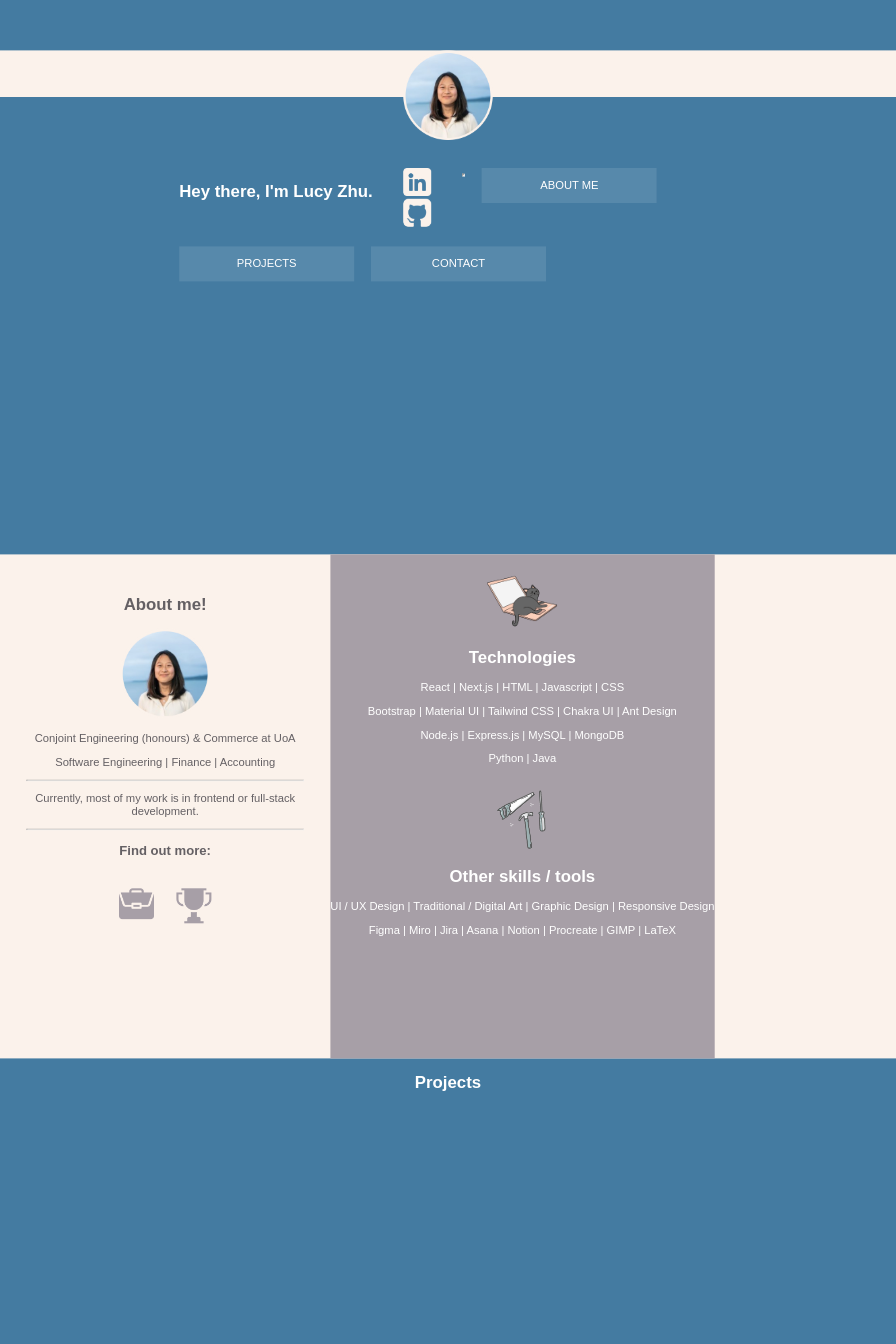
Repository: lukisoo/lukisoo-portfolio
Page: /
The author's editor kept a copy of each file at every save. The page is drawn from the files as they stood at one save, then again after the next save.
The browser window is 1280 px wide. The pictures show the part of the page from y = 0 to 1920 px (the page is 2992 px tall), at 70% of full size.
The project was rebuilt for these pictures with package versions that can differ from the ones it lists, and the page was loaded fresh each time.

Above is the page before, as saved 2022-07-31 08:17:04.

### public/index.html
<!DOCTYPE html>
<html lang="en">
  <head>
    <meta charset="utf-8" />
    <link rel="icon" href="%PUBLIC_URL%/favicon.ico" />
    <meta name="viewport" content="width=device-width, initial-scale=1" />
    <meta name="theme-color" content="#000000" />
    <meta
      name="description"
      content="Web site created using create-react-app"
    />
    <link rel="apple-touch-icon" href="%PUBLIC_URL%/logo192.png" />
    <!--
      manifest.json provides metadata used when your web app is installed on a
      user's mobile device or desktop. See https://developers.google.com/web/fundamentals/web-app-manifest/
    -->
    <link rel="manifest" href="%PUBLIC_URL%/manifest.json" />
    <!--
      Notice the use of %PUBLIC_URL% in the tags above.
      It will be replaced with the URL of the `public` folder during the build.
      Only files inside the `public` folder can be referenced from the HTML.

      Unlike "/favicon.ico" or "favicon.ico", "%PUBLIC_URL%/favicon.ico" will
      work correctly both with client-side routing and a non-root public URL.
      Learn how to configure a non-root public URL by running `npm run build`.
    -->
    <title>Lucy Zhu's Portfolio</title>
  </head>
  <body>
    <noscript>You need to enable JavaScript to run this app.</noscript>
    <div id="root"></div>
    <!--
      This HTML file is a template.
      If you open it directly in the browser, you will see an empty page.

      You can add webfonts, meta tags, or analytics to this file.
      The build step will place the bundled scripts into the <body> tag.

      To begin the development, run `npm start` or `yarn start`.
      To create a production bundle, use `npm run build` or `yarn build`.
    -->
  </body>
</html>

### src/index.js
import React from "react";
import {
  BrowserRouter as Router,
  Route,
  BrowserRouter,
} from "react-router-dom";
import ReactDOM from "react-dom/client";
import "./index.css";
import App from "./App";
import reportWebVitals from "./reportWebVitals";

const root = ReactDOM.createRoot(document.getElementById("root"));
root.render(
  <React.StrictMode>
    <BrowserRouter>
        <App />
    </BrowserRouter>
  </React.StrictMode>
);

// If you want to start measuring performance in your app, pass a function
// to log results (for example: reportWebVitals(console.log))
// or send to an analytics endpoint. Learn more: https://bit.ly/CRA-vitals
reportWebVitals();

### src/index.css
@import url('https://fonts.googleapis.com/css2?family=Source+Sans+Pro:ital,wght@0,200;0,300;0,400;0,600;0,700;0,900;1,200;1,300;1,400;1,600;1,700;1,900&display=swap');

body {
  margin: 0;
  /* font-family: -apple-system, BlinkMacSystemFont, 'Segoe UI', 'Roboto', 'Oxygen',
    'Ubuntu', 'Cantarell', 'Fira Sans', 'Droid Sans', 'Helvetica Neue',
    sans-serif; */
    font-family: arial;
  -webkit-font-smoothing: antialiased;
  -moz-osx-font-smoothing: grayscale;
  background-color: #447BA1;
  color: white;
  /* font-family: 'Source Sans Pro', sans-serif; */
  overflow-x: hidden;
}

code {
  font-family: source-code-pro, Menlo, Monaco, Consolas, 'Courier New',
    monospace;
}

a {
  text-decoration: none;
}

### src/App.js
import "./App.css";

import { Link } from "react-router-dom";
import { Tooltip, Grid } from "@mui/material";

import ProfilePhoto from "./images/header/profile-photo.png";
import LinkedinLogo from "./images/header/linkedin-logo.png";
import GithubLogo from "./images/header/github-logo.png";
import ExperienceLogo from "./images/about-me/experience.png";
import AchievementsLogo from "./images/about-me/achievements.png";

import Laptop from "./images/about-me/laptop.gif";
import Tools from "./images/about-me/tools.gif";

function App() {
  return (
    <div className="App">
      <header className="full-section">
      <div className="header-image">
            <img
              src={ProfilePhoto}
              className="profile-photo"
              alt="Profile Photo"
            />
          </div>
        <div className="header-content">
          <Grid container spacing={3}>
            <Grid item xs={12} md={12}>
              <h2>Hey there, I'm Lucy Zhu.</h2>
            </Grid>
            <Grid item xs={12} md={12}>
              <Tooltip title="LinkedIn">
                <a href="https://www.linkedin.com/in/lucyzhu613/">
                  <img
                    src={LinkedinLogo}
                    className="social-logo"
                    alt="Linkedin Logo"
                  />
                </a>
              </Tooltip>
              <Tooltip title="Github">
                <a href="https://github.com/lukisoo">
                  <img
                    src={GithubLogo}
                    className="social-logo"
                    alt="Github Logo"
                  />
                </a>
              </Tooltip>
            </Grid>
            <Grid item xs={12} md={12}>
              <hr className="header-divider" />
            </Grid>
            <Grid item xs={12} md={4}>
              <a href="#about-me-section">
                <div className="box-1">
                  <div className="btn btn-one">
                    <span>ABOUT ME</span>
                  </div>
                </div>
              </a>
            </Grid>
            <Grid item xs={12} md={4}>
              <a href="#projects-section">
                <div className="box-1">
                  <div className="btn btn-one">
                    <span>PROJECTS</span>
                  </div>
                </div>
              </a>
            </Grid>
            <Grid item xs={12} md={4}>
              <a href="#contact-section">
                <div className="box-1">
                  <div className="btn btn-one">
                    <span>CONTACT</span>
                  </div>
                </div>
              </a>
            </Grid>
          </Grid>
        </div>
      </header>

      <section id="about-me-section" className="full-section">
        <div className="about-me-content">
          <Grid container spacing={0}>
            <Grid item xs={12} md={4}>
              <div className="about-me-left">
                <div className="details-content">
                  <h1>About me!</h1>
                  <img
                    src={ProfilePhoto}
                    className="profile-photo"
                    alt="Profile Photo"
                  />
                  <p>Conjoint Engineering (honours) & Commerce at UoA</p>
                  <p>Software Engineering | Finance | Accounting</p>
                  <hr />
                  <p>
                    Currently, most of my work is in frontend or full-stack
                    development.
                  </p>
                  <hr />
                  <h3>Find out more:</h3>
                  <div className="about-me-logo-section">
                    <Tooltip title="Experience">
                      <img
                        src={ExperienceLogo}
                        className="about-me-logo"
                        alt="Experience Logo"
                      />
                    </Tooltip>
                    <Tooltip title="Achievements">
                      <img
                        src={AchievementsLogo}
                        className="about-me-logo"
                        alt="Achievements Logo"
                      />
                    </Tooltip>
                  </div>
                </div>
              </div>
            </Grid>
            <Grid item xs={12} md={8}>
              <div className="about-me-right">
                <div className="skills-content">
                  <img src={Laptop} className="laptop-gif" alt="Laptop" />
                  <h2>Technologies</h2>
                  <p>React | Next.js | HTML | Javascript | CSS</p>
                  <p>
                    Bootstrap | Material UI | Tailwind CSS | Chakra UI | Ant
                    Design
                  </p>
                  <p>Node.js | Express.js | MySQL | MongoDB</p>
                  <p>Python | Java</p>
                  <br />
                  <img src={Tools} className="tools-gif" alt="Tools" />
                  <h2>Other skills / tools</h2>
                  <p>
                    UI / UX Design | Traditional / Digital Art | Graphic Design
                    | Responsive Design
                  </p>
                  <p>
                    Figma | Miro | Jira | Asana | Notion | Procreate | GIMP |
                    LaTeX
                  </p>
                </div>
              </div>
            </Grid>
          </Grid>
        </div>
      </section>

      <section id="projects-section" className="full-section">
        <div>
          <h1>Projects</h1>
          <Grid container spacing={2}>
            <Grid item xs={6} md={8}></Grid>
            <Grid item xs={6} md={4}></Grid>
            <Grid item xs={6} md={4}></Grid>
            <Grid item xs={6} md={8}></Grid>
          </Grid>
        </div>
      </section>

      <section id="contact-section" className="full-section">
        <div>
          <h1>Contact me!</h1>
          <Grid container spacing={2}>
            <Grid item xs={6} md={8}></Grid>
            <Grid item xs={6} md={4}></Grid>
            <Grid item xs={6} md={4}></Grid>
            <Grid item xs={6} md={8}></Grid>
          </Grid>
        </div>
      </section>
    </div>
  );
}

export default App;

### src/App.css
.App {
  text-align: center;
  margin: 0;
}

/* Section Content */
.full-section {
  height: 100vh;
  width: 100vw;
}

/* Buttons */
.box-1 {
  /* background-color: hsl(0, 100%, 70%);  */
  width: 250px;
  margin: auto;
}

.btn {
	line-height: 50px;
	height: 50px;
	text-align: center;
	width: 250px;
	cursor: pointer;
}

.btn-one {
	color: #FFF;
	transition: all 0.3s;
	position: relative;
}
.btn-one span {
	transition: all 0.3s;
}
.btn-one::before {
	content: '';
	position: absolute;
	bottom: 0;
	left: 0;
	width: 100%;
	height: 100%;
	z-index: 1;
	opacity: 0;
	transition: all 0.3s;
	border-top-width: 1px;
	border-bottom-width: 1px;
	border-top-style: solid;
	border-bottom-style: solid;
	border-top-color: rgba(255,255,255,0.5);
	border-bottom-color: rgba(255,255,255,0.5);
	transform: scale(0.1, 1);
}
.btn-one:hover span {
	letter-spacing: 2px;
}
.btn-one:hover::before {
	opacity: 1;
	transform: scale(1, 1);
}
.btn-one::after {
	content: '';
	position: absolute;
	bottom: 0;
	left: 0;
	width: 100%;
	height: 100%;
	z-index: 1;
	transition: all 0.3s;
	background-color: rgba(255,255,255,0.1);
}
.btn-one:hover::after {
	opacity: 0;
	transform: scale(0.1, 1);
}

/* Header CSS */
.header-content {
  width: 60vw;
  height: 70vh;
  margin: 0 auto 0 auto;
  margin-top: 5vh;
  /* background-color: red; */
}

.header-divider {
  color: white;
  border-width: 2px;
}

.header-image {
  background: linear-gradient(180deg, #FBF2EB 50%, #ffffff00 50%);
  margin-top: 10vh;
  width: 100vw;
  height: auto;
}

.profile-photo {
  width: 10vw;
  height: auto;
}

.social-logo {
  width: 40px;
  height: auto;
  padding: 0 1% 0 1%;
}

.social-logo:hover {
  opacity: 0.8;
  cursor: pointer;
}

/* About Me CSS */
#about-me-section {
  background-color: #FBF2EB;
}

.about-me-content {
  height: 100vh;
  width: 100vw;
}

.about-me-logo-section {
  /* height: 100px; */
}

.about-me-logo {
  width: 50px;
  margin: 5% 3% 0 3%;
  padding: 1%;
}

.about-me-logo:hover {
  border-radius: 15px;
  /* border: 1px solid #A79FA7; */
  opacity: 0.8;
  cursor: pointer;
}

.about-me-left {

}

.details-content {
  padding: 8% 8% 8% 8%;
  color: #646064;
}

.about-me-right {
  background-color: #A79FA7;
  height: 100vh;

}

.skills-content {
  padding: 5% 0 5% 0;
}

.laptop-gif {
  width: 8vw;
}

.tools-gif {
  width: 6vw;
}

/* Projects CSS */

/* Contact CSS */

#contact-section {
  background-color: #FBF2EB;
}

Loaded but not shown: src/reportWebVitals.js (common file)

After the next save:
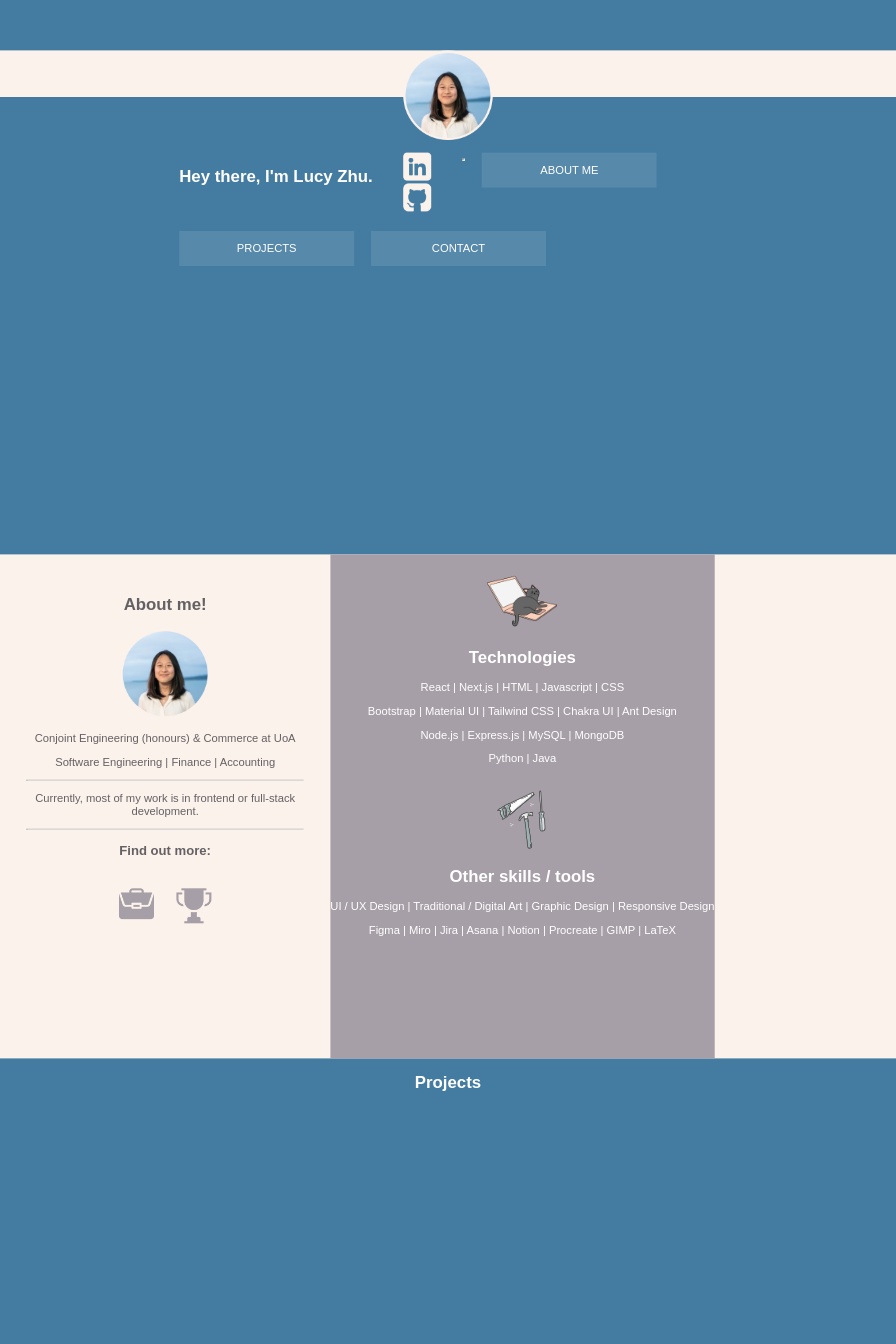
Saved 7 s later.
--- a/src/App.css
+++ b/src/App.css
@@ -78,7 +78,7 @@
   width: 60vw;
   height: 70vh;
   margin: 0 auto 0 auto;
-  margin-top: 5vh;
+  margin-top: 2vh;
   /* background-color: red; */
 }
 
